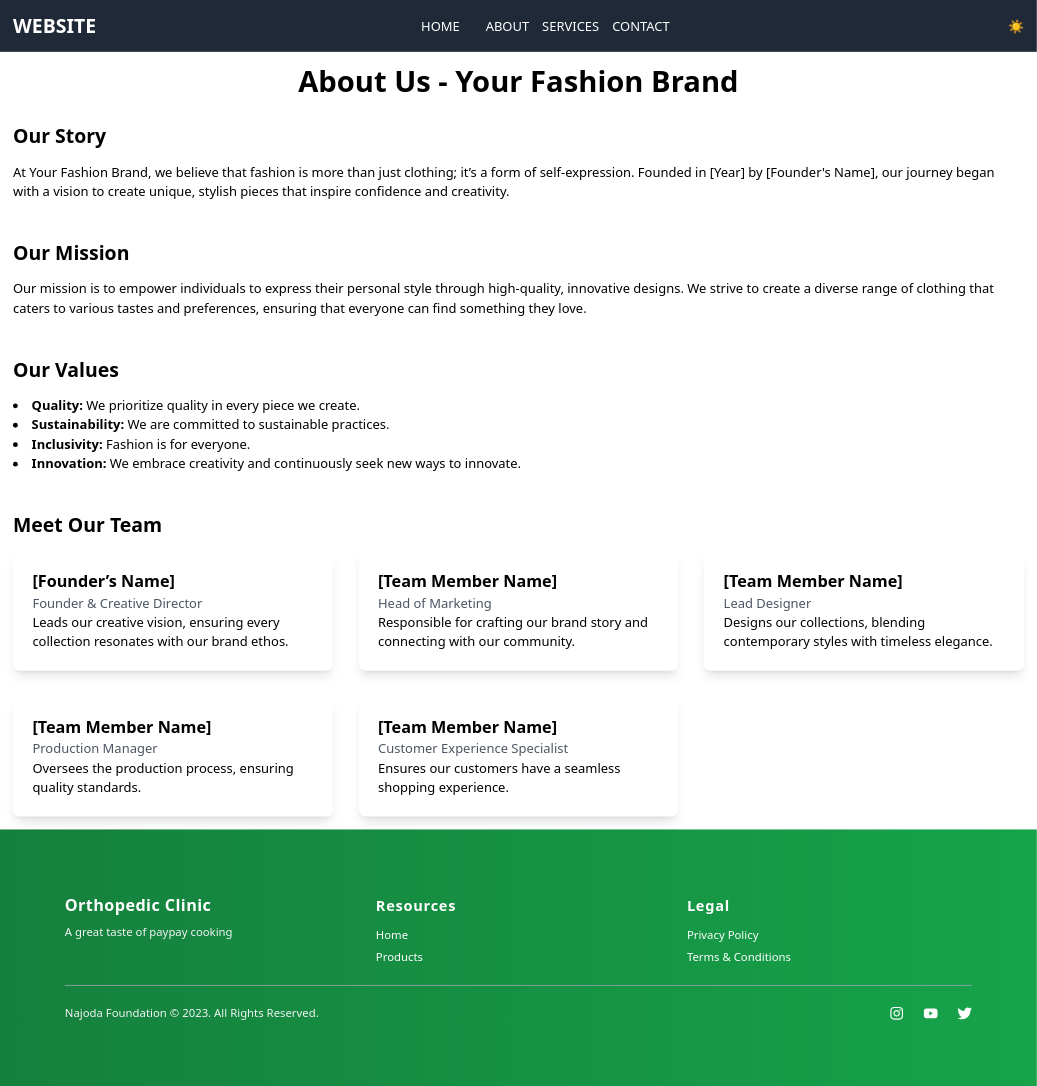
Repository: countaustin1990/file-C-Users-user-Documents-Final-20Cart
Page: /about (app in Documents/BXXXN/my-app/)
These files come from the project's save history. The page is drawn as it stood at one moment and after the next save; the edit follows.
The browser window is 1280 px wide. The pictures show the whole page, at 81% of full size.
The project was rebuilt for these pictures with package versions that can differ from the ones it lists, and the page was loaded fresh each time. Also part of the build but not shown: Documents/BXXXN/my-app/vite.config.js, Documents/BXXXN/my-app/src/components/folder/HeroSection.test.jsx, Documents/BXXXN/my-app/src/components/horizontalscroll/style.css, Documents/BXXXN/my-app/src/components/horizontalscroll/HorizontalScroll.jsx, Documents/BXXXN/my-app/src/pages/home/Home.test.jsx, Documents/BXXXN/my-app/src/pages/contact/Contact.jsx, Documents/BXXXN/my-app/src/pages/services/Services.test.jsx.

Above is the page before, as saved 2024-10-31 23:17:04.

After the next save:
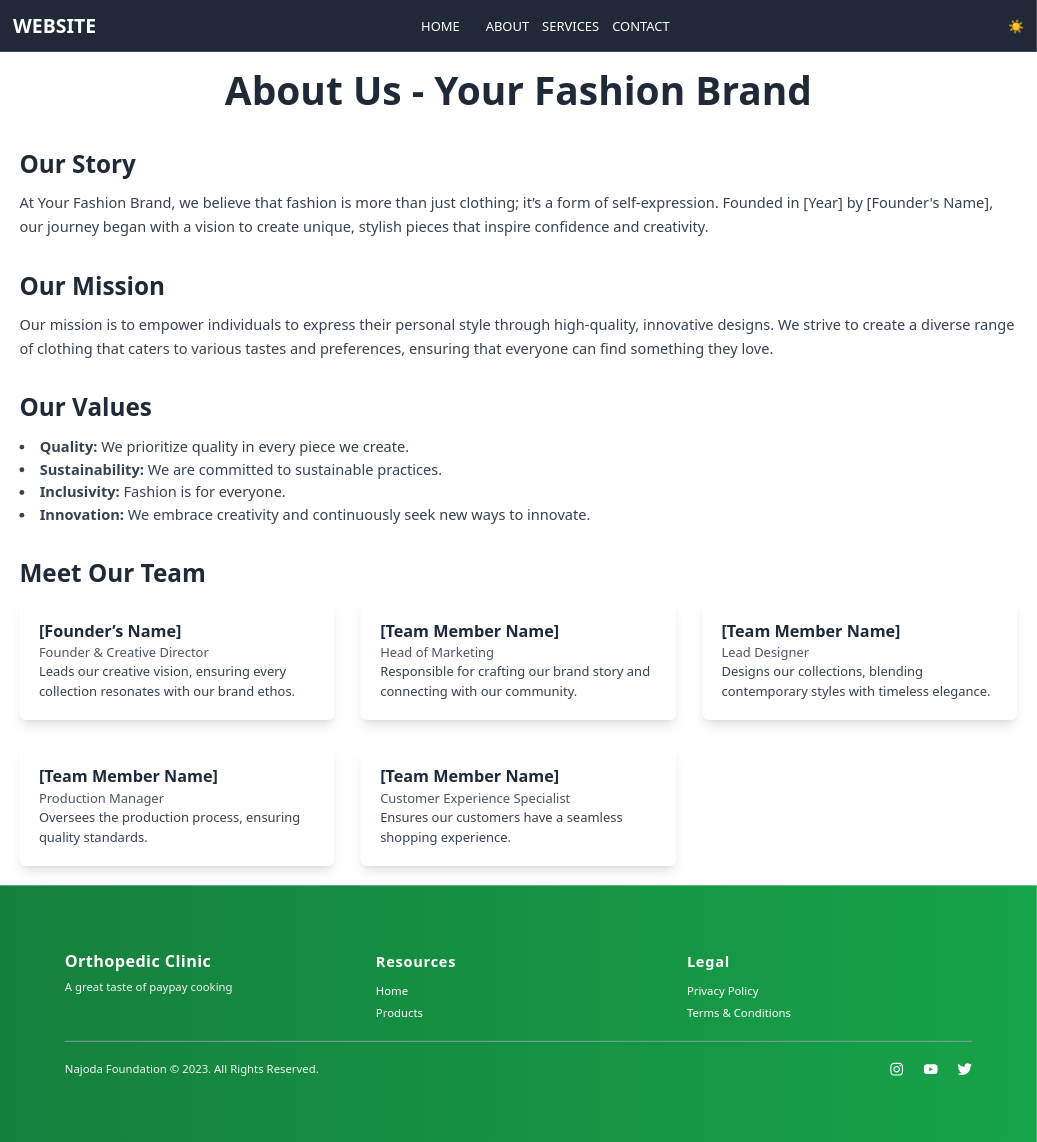
Saved 64 s later.
--- a/Documents/BXXXN/my-app/src/pages/about/About.jsx
+++ b/Documents/BXXXN/my-app/src/pages/about/About.jsx
@@ -2,28 +2,28 @@ import React from 'react';
 
 const About = () => {
   return (
-    <div className="container mx-auto p-4">
-      <h1 className="text-4xl font-bold text-center mb-8">About Us - Your Fashion Brand</h1>
+    <div className="container mx-auto p-6">
+      <h1 className="text-5xl font-bold text-center text-gray-800 mb-12">About Us - Your Fashion Brand</h1>
 
-      <section className="mb-12">
-        <h2 className="text-2xl font-semibold mb-4">Our Story</h2>
-        <p>
+      <section className="mb-10">
+        <h2 className="text-3xl font-semibold text-gray-800 mb-4">Our Story</h2>
+        <p className="text-lg text-gray-700 leading-relaxed">
           At Your Fashion Brand, we believe that fashion is more than just clothing; it’s a form of self-expression.
           Founded in [Year] by [Founder's Name], our journey began with a vision to create unique, stylish pieces that inspire confidence and creativity.
         </p>
       </section>
 
-      <section className="mb-12">
-        <h2 className="text-2xl font-semibold mb-4">Our Mission</h2>
-        <p>
+      <section className="mb-10">
+        <h2 className="text-3xl font-semibold text-gray-800 mb-4">Our Mission</h2>
+        <p className="text-lg text-gray-700 leading-relaxed">
           Our mission is to empower individuals to express their personal style through high-quality, innovative designs.
           We strive to create a diverse range of clothing that caters to various tastes and preferences, ensuring that everyone can find something they love.
         </p>
       </section>
 
-      <section className="mb-12">
-        <h2 className="text-2xl font-semibold mb-4">Our Values</h2>
-        <ul className="list-disc list-inside">
+      <section className="mb-10">
+        <h2 className="text-3xl font-semibold text-gray-800 mb-4">Our Values</h2>
+        <ul className="list-disc list-inside text-lg text-gray-700">
           <li><strong>Quality:</strong> We prioritize quality in every piece we create.</li>
           <li><strong>Sustainability:</strong> We are committed to sustainable practices.</li>
           <li><strong>Inclusivity:</strong> Fashion is for everyone.</li>
@@ -32,7 +32,7 @@ const About = () => {
       </section>
 
       <section>
-        <h2 className="text-2xl font-semibold mb-4">Meet Our Team</h2>
+        <h2 className="text-3xl font-semibold text-gray-800 mb-4">Meet Our Team</h2>
         <div className="grid grid-cols-1 md:grid-cols-2 lg:grid-cols-3 gap-8">
           {/* Team Member Card */}
           {[
@@ -62,10 +62,10 @@ const About = () => {
               description: 'Ensures our customers have a seamless shopping experience.',
             },
           ].map((member, index) => (
-            <div key={index} className="p-6 shadow-lg rounded-lg bg-white dark:bg-gray-800">
-              <h3 className="text-xl font-semibold">{member.name}</h3>
+            <div key={index} className="p-6 shadow-lg rounded-lg bg-white dark:bg-gray-800 transition-transform transform hover:scale-105">
+              <h3 className="text-xl font-semibold text-gray-800">{member.name}</h3>
               <p className="text-gray-600">{member.title}</p>
-              <p>{member.description}</p>
+              <p className="text-gray-700">{member.description}</p>
             </div>
           ))}
         </div>
